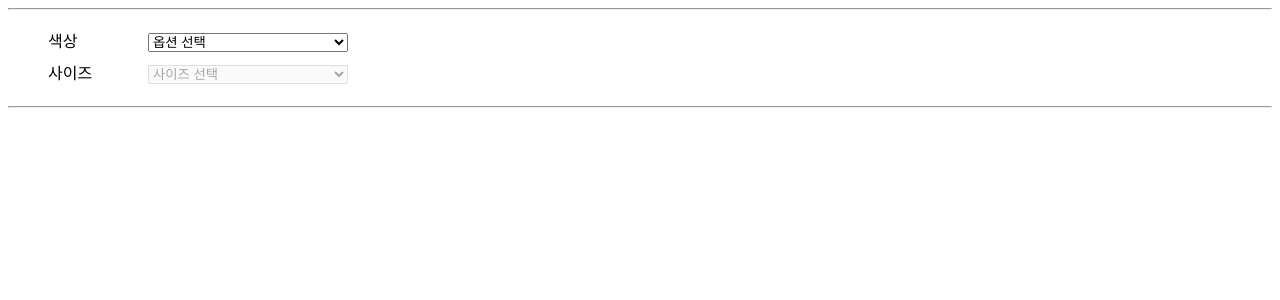
Repository: yeonddu/green_js
Page: pro01/public/songyeonsu-3-1.html
These files come from the project's save history. The page is drawn as it stood at one moment and after the next save; the edit follows.
The browser window is 1280 px wide. The pictures show the whole page.

Above is the page before, as saved 2022-12-23 06:04:56.

After the next save:
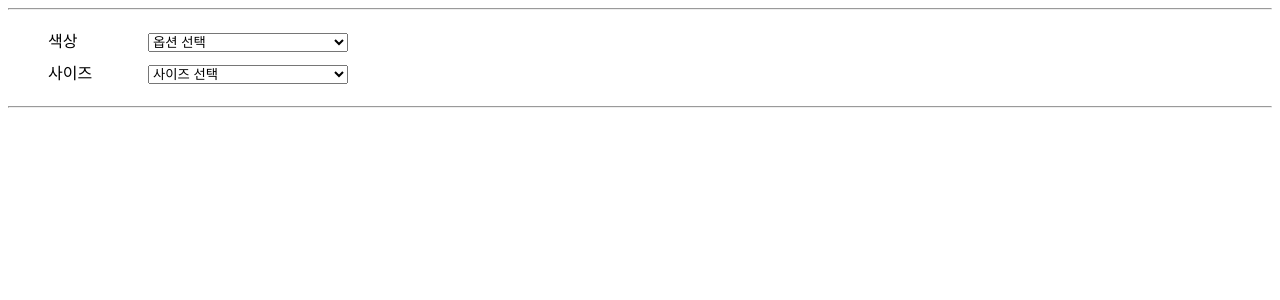
Saved 10 s later.
--- a/pro01/public/songyeonsu-3-1.html
+++ b/pro01/public/songyeonsu-3-1.html
@@ -28,7 +28,7 @@
 		const p = document.querySelector("p")
 
 		select2.setAttribute("disabled", "")
-
+		select2.removeAttribute("disabled", "")
 		let status = false
 
 		select1.addEventListener("change", () => {
@@ -43,7 +43,7 @@
 
 
 			if(status) {
-				select2.removeAttribute("disabled", "")
+
 				const options = event.currentTarget.options
 				const index = event.currentTarget.options.selectedIndex
 

After the save that followed:
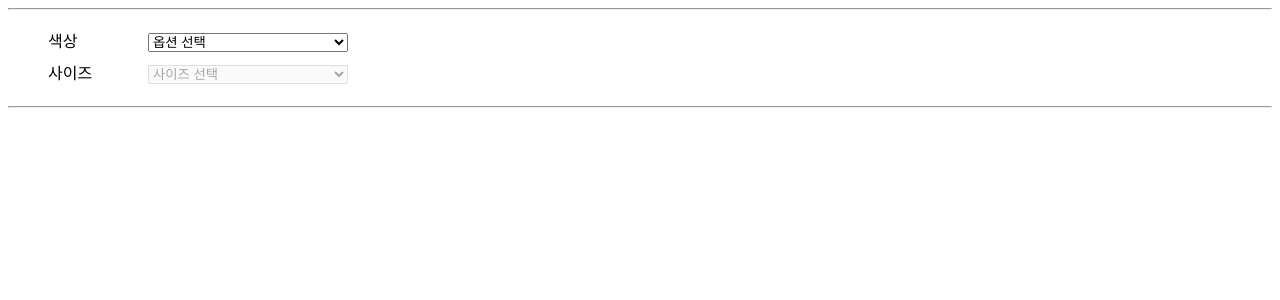
Saved 9 s later.
--- a/pro01/public/songyeonsu-3-1.html
+++ b/pro01/public/songyeonsu-3-1.html
@@ -28,7 +28,7 @@
 		const p = document.querySelector("p")
 
 		select2.setAttribute("disabled", "")
-		select2.removeAttribute("disabled", "")
+
 		let status = false
 
 		select1.addEventListener("change", () => {
@@ -43,7 +43,7 @@
 
 
 			if(status) {
-
+				select2.removeAttribute("disabled", "")
 				const options = event.currentTarget.options
 				const index = event.currentTarget.options.selectedIndex
 
